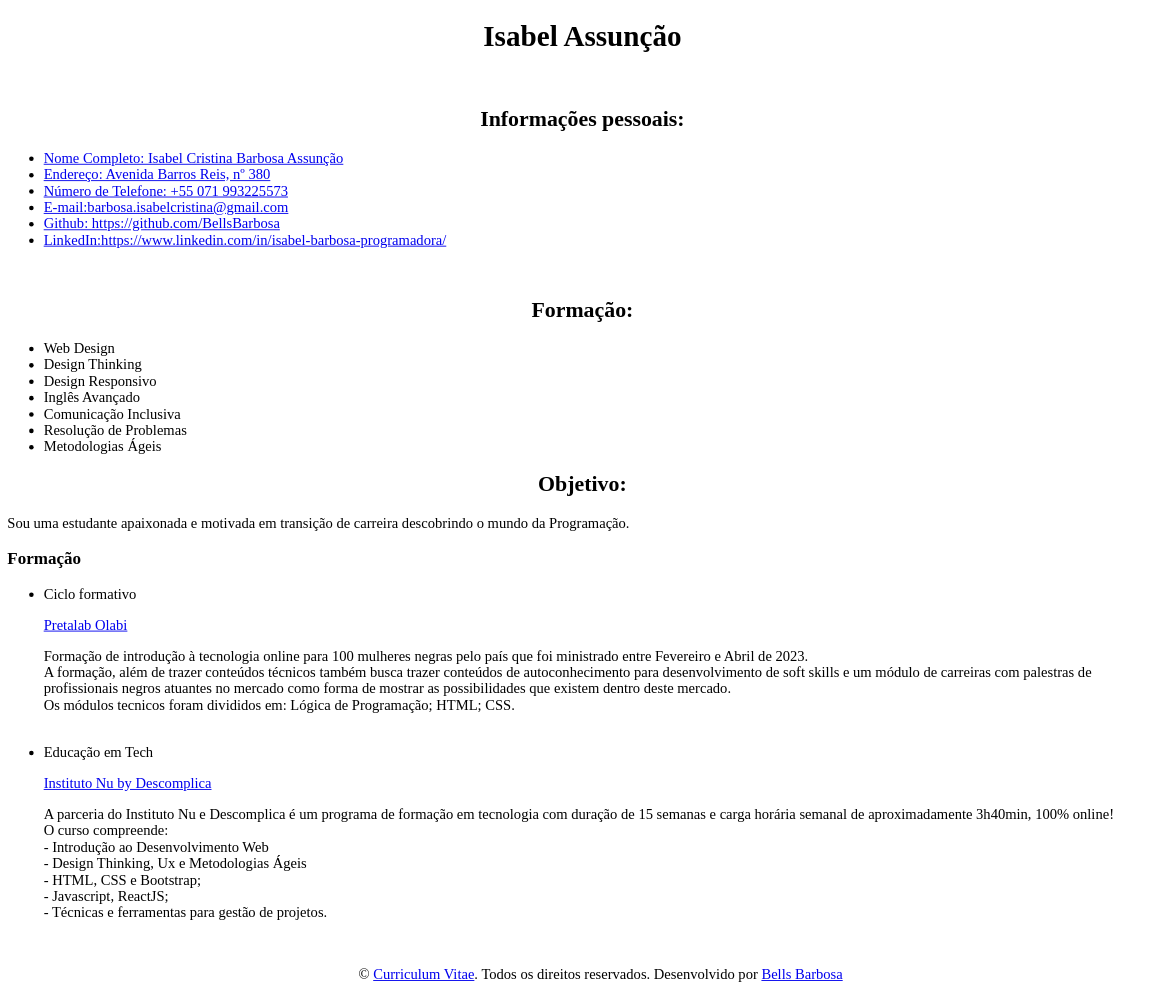
Repository: BellsBarbosa/EXERC-CIOS-ENT
Page: CV.HTML
An editor plug-in stored every save of this project. The page is shown before and after the next save, followed by the edit.
The browser window is 1280 px wide. The pictures show the whole page, at 91% of full size.

Above is the page before, as saved 2023-07-04 16:02:58.

### CV.HTML
<!DOCTYPE html>
<html lang="pt-BR">

<head>
    <meta charset="UTF-8">
    <meta name="viewport" content="width=device-width, initial-scale=1.0">

    <title>Currículo</title>
    <link rel="stylesheet" href="style.css">
</head>

<body>
    <header>
        <h1 style="text-align:center">Isabel Assunção</h1><br>


    </header>
    <main>
        <section>
            <h2>Informações pessoais:</h2>
            <ul>
                <li><a href="#">Nome Completo: Isabel Cristina Barbosa Assunção</a></li>
                <li><a href="#">Endereço: Avenida Barros Reis, nº 380</a></li>
                <li><a href="#">Número de Telefone: +55 071 993225573</a></li>
                <li><a href="#">E-mail:barbosa.isabelcristina@gmail.com</a></li>
                <li><a href="#">Github: https://github.com/BellsBarbosa</a></li>
                <li><a href="#">LinkedIn:https://www.linkedin.com/in/isabel-barbosa-programadora/</a></li>
            </ul>
        </section> <br>
        <section>
            <h2>Formação:</h2>
            <ul>
                <li>Web Design</li>
                <li>Design Thinking</li>
                <li>Design Responsivo</li>
                <li>Inglês Avançado</li>
                <li>Comunicação Inclusiva</li>
                <li>Resolução de Problemas</li>
                <li>Metodologias Ágeis</li>

            </ul>



        </section>
        <section>
            <h2>Objetivo:</h2>
            <p>
                Sou uma estudante apaixonada e motivada em
                transição de carreira descobrindo o mundo da
                Programação. </p>
        </section>
        <section>
            <section id="formacao" class="formacao">
                <article class="container article-lista">
                    <div>
                        <h3 class="topico-principal">Formação</h3>
                    </div>

                    <div class="lista-item">
                        <ul>
                            <li>
                                <p class="lista-titulo">Ciclo formativo</p>
                                <a href="https://www.pretalab.com/formacao" target="_blank" class="lista-local">Pretalab
                                    Olabi</a>
                                <p class="lista-descricao">
                                    Formação de introdução à tecnologia online para 100 mulheres negras pelo país que
                                    foi
                                    ministrado entre Fevereiro e Abril de 2023.</br> A formação, além de trazer
                                    conteúdos
                                    técnicos também busca trazer conteúdos de autoconhecimento para
                                    desenvolvimento de soft skills e um módulo de carreiras com palestras de
                                    profissionais
                                    negros atuantes no mercado como forma de mostrar as possibilidades que existem
                                    dentro
                                    deste mercado.</br> Os módulos tecnicos foram divididos em: Lógica de Programação;
                                    HTML;
                                    CSS.</br>


                                    </br>
                                </p>
                            </li>


                            <li>
                                <p class="lista-titulo">Educação em Tech</p>
                                <a href="https://parceiros.descomplica.com.br/instituto-nu" target="_blank"
                                    class="lista-local">Instituto Nu by Descomplica</a>
                                <p class="lista-descricao">
                                    A parceria do Instituto Nu e Descomplica é um programa de formação em tecnologia com
                                    duração de 15 semanas e carga horária semanal de aproximadamente 3h40min, 100%
                                    online!</br>
                                    O curso compreende:</br>
                                    - Introdução ao Desenvolvimento Web </br>
                                    - Design Thinking, Ux e Metodologias Ágeis </br>
                                    - HTML, CSS e Bootstrap; </br>
                                    - Javascript, ReactJS; </br>
                                    - Técnicas e ferramentas para gestão de projetos.</br>

                                </p> </br>

                                <footer class="text-align-center">
                                    <p>
                                        &copy; <a class="text-light font-weight-semi-bold" href="#">Curriculum
                                            Vitae</a>. Todos os direitos
                                        reservados. Desenvolvido por
                                        <a href="https://github.com/BellsBarbosa" class="text-light"
                                            target="_blank">Bells Barbosa</a>
                                    </p>
                                </footer>
</body>

</html>

### style.css
h2{
    text-align: center;
}


footer {
    text-align: center;
}

After the next save:
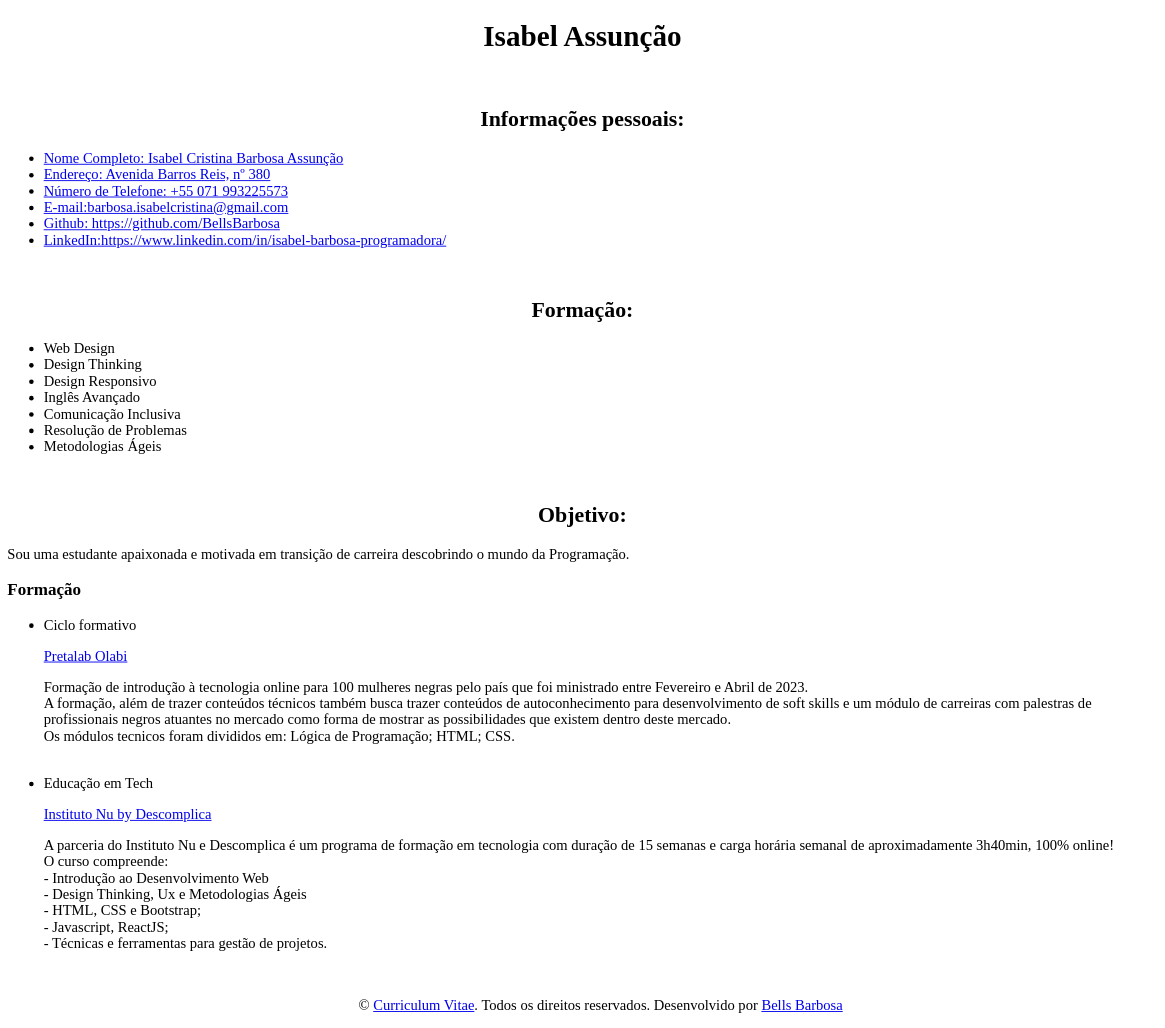
Saved 7 s later.
--- a/CV.HTML
+++ b/CV.HTML
@@ -42,7 +42,7 @@
 
 
 
-        </section>
+        </section><br>
         <section>
             <h2>Objetivo:</h2>
             <p>
